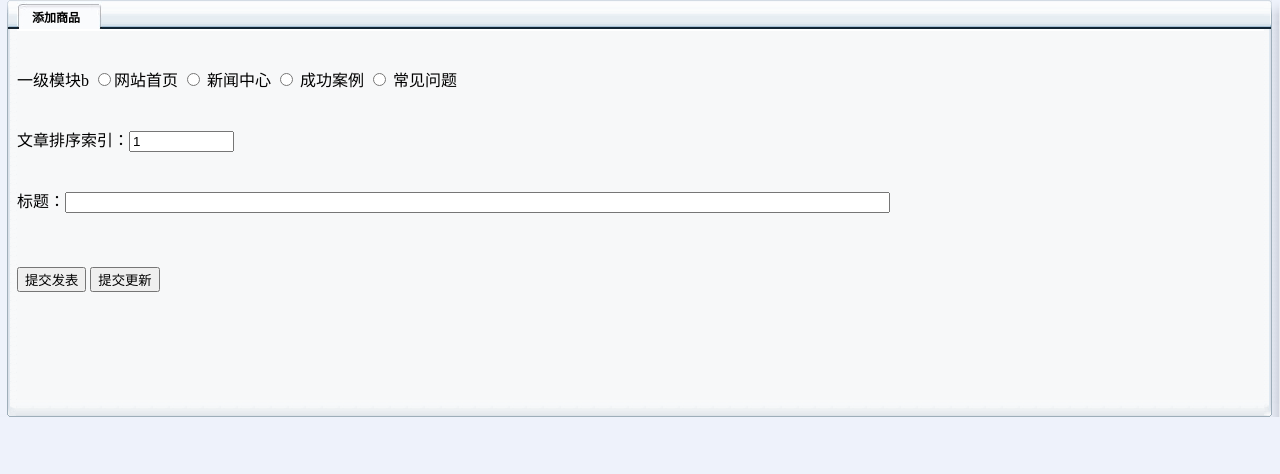
Repository: wzhcxw/shop
Page: ShopOnline/WebContent/admin/editor.html
The author's editor kept a copy of each file at every save. The page is drawn from the files as they stood at one save, then again after the next save.
The browser window is 1280 px wide. The pictures show the whole page.

Above is the page before, as saved 2014-09-25 02:23:57.

### ShopOnline/WebContent/admin/editor.html
<link href="../admin/images/skin.css" rel="stylesheet" type="text/css" />
<meta http-equiv="Content-Type" content="text/html; charset=UTF-8" />
<head>
	<script src="../admin/js/ckeditor.js"></script>
	<script  src="../js/jquery-1.7.2.min.js"></script>
	<script  src="../js/jsbase64.js"></script>
	<script  src = "../js/json.js"></script>


	<script>
		var editor, html = '';
		function createEditor() {
			if ( editor ){
				return;
			}

			var config = {};
			editor = CKEDITOR.appendTo( 'editor', config, html );
			pase();
		}

		var editor11 = CKEDITOR.instances.editor;

		function postss(){
			var seconduiid = $("input[name='seconduiid']:checked").val();

			var uiid = $("input[name='whichpage']:checked").val();
	        var titleValue =document.getElementById("title").value;
	        var sortvalue =	document.getElementById("sort").value;
	        var base64 = new Base64();
	        var srccontent = base64.encode(editor.getData());
	        srccontent = srccontent.replace('+', '_');
	        srccontent = srccontent.replace('/', '-');

			var jsonStr = {seconduiid:seconduiid,sort:sortvalue,uiid:uiid,title:titleValue,content:srccontent};
			jsonStr = JSON.stringify(jsonStr);

			var  urll = "";
			if(document.getElementById("button").style.display == 'block'){
				urll = "./news/addnews.do";

			}else{

				urll = "./news/updatanews.do";
			}

		    $.post(urll,jsonStr,
		    function(data){
		      if(data.flag == "0"){
		      	alert(data.message);
		      	document.getElementById("button").style.display="block";
				document.getElementById("buttongengxin").style.display="none";

		      }

		    });

		}

		function urlpser(url){
			url = decodeURIComponent(url);

			var index = url.indexOf("?");
			if(index > 0){
				var jsonstr = url.substr(index+1);

				var news = JSON.parse(jsonstr);
				if(news.title!== null && news.title!=""){
					init(news);


				}
				document.getElementById("button").style.display="none";
				document.getElementById("buttongengxin").style.display="block";
			}
			else{
				document.getElementById("button").style.display="block";
				document.getElementById("buttongengxin").style.display="none";

			}



		}
		function init(news){
			var jsonStr = {seconduiid:"d",sort:"d",uiid:"d",title:news.title,content:"d"};
			jsonStr = JSON.stringify(jsonStr);
			$.post("./news/getnewsbytitle.do",jsonStr,
		    function(data){
		      if(data.flag == "0"){
			        var array = JSON.parse(data.datas);
					if(array.length > 0){

						document.getElementById("title").value = array[0].title;
						document.getElementById("sort").value = array[0].sort;
				        var base64 = new Base64();
				        var srccontent = array[0].content;

				        srccontent = srccontent.replace('_', '+');
	        			srccontent = srccontent.replace('-', '/');
	        			var srccontent = base64.decode(srccontent);

	        			editor.setData( srccontent );
					}
		      }

		    });


		}


		function pase(){
			urlpser(this.location.href);
		}

		function writeSecondMod(obj){
		if(obj.value == 'home')
   			document.getElementById("secondmod").innerHTML = '<body id = "secondemodd">二级模块：<input type="radio" name="seconduiid" value="newss" />新闻中心<input type="radio" name="seconduiid" value="sucessexamples" />成功案例</body>';
		else
			document.getElementById('secondmod').innerHTML = "";
		}
	</script>
</head>
<style type="text/css">
<!--
body {
margin-left: 0px;
margin-top: 0px;
margin-right: 0px;
margin-bottom: 0px;
background-color: #EEF2FB;
}
-->
</style>
<body>
<table width="100%" border="0" cellpadding="0" cellspacing="0">
<tr>
<td width="17" valign="top" background="../admin/images/mail_leftbg.gif"><img src="../admin/images/left-top-right.gif" width="17" height="29" /></td>
<td valign="top" background="../admin/images/content-bg.gif"><table width="100%" height="31" border="0" cellpadding="0" cellspacing="0" class="left_topbg" id="table2">
<tr>
<td height="31"><div class="titlebt">添加商品</div></td>
</tr>
</table></td>
<td width="16" valign="top" background="../admin/images/mail_rightbg.gif"><img src="../admin/images/nav-right-bg.gif" width="16" height="29" /></td>
</tr>


<tr>
<td valign="middle" background="../admin/images/mail_leftbg.gif">&nbsp;</td>
<td valign="top" bgcolor="#F7F8F9">&nbsp;


 	<br>
	<br>
	一级模块b
	<input type="radio" onclick="writeSecondMod(this)" name="whichpage" value="home" />网站首页
	<input type="radio" onclick="writeSecondMod(this)" name="whichpage" value="news" /> 新闻中心
	<input type="radio" onclick="writeSecondMod(this)" name="whichpage" value="sucessexample" /> 成功案例
	<input type="radio" onclick="writeSecondMod(this)" name="whichpage" value="ofquestion" /> 常见问题
	<br/>

	<div id="secondmod"> </div>
		<br/>
		文章排序索引：<input id="sort" value="1" size="10" type="text"><br>
	<br>
	<br/>
		标题：<input id="title"  size="100" type="text"><br>
	<br>
	<br>
		<div id="editor">
		</div><br>
	<!-- This div will hold the editor. -->

		<button size="20" type=hidden onclick="postss()" id="button">提交发表</button>
		<button size="20" type=hidden onclick="postss()" id="buttongengxin">提交更新</button>
	<br>
	<br>
	<br>
	<br/>
	<br/>
	<br/>
	<br>
	<h1></h1>






</td>
<td background="../admin/images/mail_rightbg.gif">&nbsp;


</td>
</tr>
<tr>
<td valign="bottom" background="../admin/images/mail_leftbg.gif"><img src="../admin/images/buttom_left2.gif" width="17" height="17" /></td>
<td background="../admin/images/buttom_bgs.gif"><img src="../admin/images/buttom_bgs.gif" width="17" height="17"></td>
<td valign="bottom" background="../admin/images/mail_rightbg.gif"><img src="../admin/images/buttom_right2.gif" width="16" height="17" /></td>
</tr>
</table>
</body>

### ShopOnline/WebContent/js/jsbase64.js
/**
 * base64 de   en,
 */

function Base64() {

    // private property
    _keyStr = "ABCDEFGHIJKLMNOPQRSTUVWXYZabcdefghijklmnopqrstuvwxyz0123456789+/=";

    // public method for encoding
    this.encode = function (input) {
        var output = "";
        var chr1, chr2, chr3, enc1, enc2, enc3, enc4;
        var i = 0;
        input = _utf8_encode(input);
        while (i < input.length) {
            chr1 = input.charCodeAt(i++);
            chr2 = input.charCodeAt(i++);
            chr3 = input.charCodeAt(i++);
            enc1 = chr1 >> 2;
            enc2 = ((chr1 & 3) << 4) | (chr2 >> 4);
            enc3 = ((chr2 & 15) << 2) | (chr3 >> 6);
            enc4 = chr3 & 63;
            if (isNaN(chr2)) {
                enc3 = enc4 = 64;
            } else if (isNaN(chr3)) {
                enc4 = 64;
            }
            output = output +
            _keyStr.charAt(enc1) + _keyStr.charAt(enc2) +
            _keyStr.charAt(enc3) + _keyStr.charAt(enc4);
        }

        return output;
    }

    // public method for decoding
    this.decode = function (input) {
        var output = "";
        var chr1, chr2, chr3;
        var enc1, enc2, enc3, enc4;
        var i = 0;
        input = input.replace(/[^A-Za-z0-9\+\/\=]/g, "");
        while (i < input.length) {
            enc1 = _keyStr.indexOf(input.charAt(i++));
            enc2 = _keyStr.indexOf(input.charAt(i++));
            enc3 = _keyStr.indexOf(input.charAt(i++));
            enc4 = _keyStr.indexOf(input.charAt(i++));
            chr1 = (enc1 << 2) | (enc2 >> 4);
            chr2 = ((enc2 & 15) << 4) | (enc3 >> 2);
            chr3 = ((enc3 & 3) << 6) | enc4;
            output = output + String.fromCharCode(chr1);
            if (enc3 != 64) {
                output = output + String.fromCharCode(chr2);
            }
            if (enc4 != 64) {
                output = output + String.fromCharCode(chr3);
            }
        }
        output = _utf8_decode(output);
        return output;
    }

    // private method for UTF-8 encoding
    _utf8_encode = function (string) {
        string = string.replace(/\r\n/g,"\n");
        var utftext = "";
        for (var n = 0; n < string.length; n++) {
            var c = string.charCodeAt(n);
            if (c < 128) {
                utftext += String.fromCharCode(c);
            } else if((c > 127) && (c < 2048)) {
                utftext += String.fromCharCode((c >> 6) | 192);
                utftext += String.fromCharCode((c & 63) | 128);
            } else {
                utftext += String.fromCharCode((c >> 12) | 224);
                utftext += String.fromCharCode(((c >> 6) & 63) | 128);
                utftext += String.fromCharCode((c & 63) | 128);
            }

        }
        return utftext;
    }

    // private method for UTF-8 decoding
    _utf8_decode = function (utftext) {
        var string = "";
        var i = 0;
        var c = c1 = c2 = 0;
        while ( i < utftext.length ) {
            c = utftext.charCodeAt(i);
            if (c < 128) {
                string += String.fromCharCode(c);
                i++;
            } else if((c > 191) && (c < 224)) {
                c2 = utftext.charCodeAt(i+1);
                string += String.fromCharCode(((c & 31) << 6) | (c2 & 63));
                i += 2;
            } else {
                c2 = utftext.charCodeAt(i+1);
                c3 = utftext.charCodeAt(i+2);
                string += String.fromCharCode(((c & 15) << 12) | ((c2 & 63) << 6) | (c3 & 63));
                i += 3;
            }
        }
        return string;
    }
}

### ShopOnline/WebContent/js/json.js
/**
 *
 */

/*
    json2.js
    2014-02-04

    Public Domain.

    NO WARRANTY EXPRESSED OR IMPLIED. USE AT YOUR OWN RISK.

    See http://www.JSON.org/js.html


    This code should be minified before deployment.
    See http://javascript.crockford.com/jsmin.html

    USE YOUR OWN COPY. IT IS EXTREMELY UNWISE TO LOAD CODE FROM SERVERS YOU DO
    NOT CONTROL.


    This file creates a global JSON object containing two methods: stringify
    and parse.

        JSON.stringify(value, replacer, space)
            value       any JavaScript value, usually an object or array.

            replacer    an optional parameter that determines how object
                        values are stringified for objects. It can be a
                        function or an array of strings.

            space       an optional parameter that specifies the indentation
                        of nested structures. If it is omitted, the text will
                        be packed without extra whitespace. If it is a number,
                        it will specify the number of spaces to indent at each
                        level. If it is a string (such as '\t' or '&nbsp;'),
                        it contains the characters used to indent at each level.

            This method produces a JSON text from a JavaScript value.

            When an object value is found, if the object contains a toJSON
            method, its toJSON method will be called and the result will be
            stringified. A toJSON method does not serialize: it returns the
            value represented by the name/value pair that should be serialized,
            or undefined if nothing should be serialized. The toJSON method
            will be passed the key associated with the value, and this will be
            bound to the value

            For example, this would serialize Dates as ISO strings.

                Date.prototype.toJSON = function (key) {
                    function f(n) {
                        // Format integers to have at least two digits.
                        return n < 10 ? '0' + n : n;
                    }

                    return this.getUTCFullYear()   + '-' +
                         f(this.getUTCMonth() + 1) + '-' +
                         f(this.getUTCDate())      + 'T' +
                         f(this.getUTCHours())     + ':' +
                         f(this.getUTCMinutes())   + ':' +
                         f(this.getUTCSeconds())   + 'Z';
                };

            You can provide an optional replacer method. It will be passed the
            key and value of each member, with this bound to the containing
            object. The value that is returned from your method will be
            serialized. If your method returns undefined, then the member will
            be excluded from the serialization.

            If the replacer parameter is an array of strings, then it will be
            used to select the members to be serialized. It filters the results
            such that only members with keys listed in the replacer array are
            stringified.

            Values that do not have JSON representations, such as undefined or
            functions, will not be serialized. Such values in objects will be
            dropped; in arrays they will be replaced with null. You can use
            a replacer function to replace those with JSON values.
            JSON.stringify(undefined) returns undefined.

            The optional space parameter produces a stringification of the
            value that is filled with line breaks and indentation to make it
            easier to read.

            If the space parameter is a non-empty string, then that string will
            be used for indentation. If the space parameter is a number, then
            the indentation will be that many spaces.

            Example:

            text = JSON.stringify(['e', {pluribus: 'unum'}]);
            // text is '["e",{"pluribus":"unum"}]'


            text = JSON.stringify(['e', {pluribus: 'unum'}], null, '\t');
            // text is '[\n\t"e",\n\t{\n\t\t"pluribus": "unum"\n\t}\n]'

            text = JSON.stringify([new Date()], function (key, value) {
                return this[key] instanceof Date ?
                    'Date(' + this[key] + ')' : value;
            });
            // text is '["Date(---current time---)"]'


        JSON.parse(text, reviver)
            This method parses a JSON text to produce an object or array.
            It can throw a SyntaxError exception.

            The optional reviver parameter is a function that can filter and
            transform the results. It receives each of the keys and values,
            and its return value is used instead of the original value.
            If it returns what it received, then the structure is not modified.
            If it returns undefined then the member is deleted.

            Example:

            // Parse the text. Values that look like ISO date strings will
            // be converted to Date objects.

            myData = JSON.parse(text, function (key, value) {
                var a;
                if (typeof value === 'string') {
                    a =
/^(\d{4})-(\d{2})-(\d{2})T(\d{2}):(\d{2}):(\d{2}(?:\.\d*)?)Z$/.exec(value);
                    if (a) {
                        return new Date(Date.UTC(+a[1], +a[2] - 1, +a[3], +a[4],
                            +a[5], +a[6]));
                    }
                }
                return value;
            });

            myData = JSON.parse('["Date(09/09/2001)"]', function (key, value) {
                var d;
                if (typeof value === 'string' &&
                        value.slice(0, 5) === 'Date(' &&
                        value.slice(-1) === ')') {
                    d = new Date(value.slice(5, -1));
                    if (d) {
                        return d;
                    }
                }
                return value;
            });


    This is a reference implementation. You are free to copy, modify, or
    redistribute.
*/

/*jslint evil: true, regexp: true */

/*members "", "\b", "\t", "\n", "\f", "\r", "\"", JSON, "\\", apply,
    call, charCodeAt, getUTCDate, getUTCFullYear, getUTCHours,
    getUTCMinutes, getUTCMonth, getUTCSeconds, hasOwnProperty, join,
    lastIndex, length, parse, prototype, push, replace, slice, stringify,
    test, toJSON, toString, valueOf
*/


// Create a JSON object only if one does not already exist. We create the
// methods in a closure to avoid creating global variables.

if (typeof JSON !== 'object') {
    JSON = {};
}

(function () {
    'use strict';

    function f(n) {
        // Format integers to have at least two digits.
        return n < 10 ? '0' + n : n;
    }

    if (typeof Date.prototype.toJSON !== 'function') {

        Date.prototype.toJSON = function () {

            return isFinite(this.valueOf())
                ? this.getUTCFullYear()     + '-' +
                    f(this.getUTCMonth() + 1) + '-' +
                    f(this.getUTCDate())      + 'T' +
                    f(this.getUTCHours())     + ':' +
                    f(this.getUTCMinutes())   + ':' +
                    f(this.getUTCSeconds())   + 'Z'
                : null;
        };

        String.prototype.toJSON      =
            Number.prototype.toJSON  =
            Boolean.prototype.toJSON = function () {
                return this.valueOf();
            };
    }

    var cx,
        escapable,
        gap,
        indent,
        meta,
        rep;


    function quote(string) {

// If the string contains no control characters, no quote characters, and no
// backslash characters, then we can safely slap some quotes around it.
// Otherwise we must also replace the offending characters with safe escape
// sequences.

        escapable.lastIndex = 0;
        return escapable.test(string) ? '"' + string.replace(escapable, function (a) {
            var c = meta[a];
            return typeof c === 'string'
                ? c
                : '\\u' + ('0000' + a.charCodeAt(0).toString(16)).slice(-4);
        }) + '"' : '"' + string + '"';
    }


    function str(key, holder) {

// Produce a string from holder[key].

        var i,          // The loop counter.
            k,          // The member key.
            v,          // The member value.
            length,
            mind = gap,
            partial,
            value = holder[key];

// If the value has a toJSON method, call it to obtain a replacement value.

        if (value && typeof value === 'object' &&
                typeof value.toJSON === 'function') {
            value = value.toJSON(key);
        }

// If we were called with a replacer function, then call the replacer to
// obtain a replacement value.

        if (typeof rep === 'function') {
            value = rep.call(holder, key, value);
        }

// What happens next depends on the value's type.

        switch (typeof value) {
        case 'string':
            return quote(value);

        case 'number':

// JSON numbers must be finite. Encode non-finite numbers as null.

            return isFinite(value) ? String(value) : 'null';

        case 'boolean':
        case 'null':

// If the value is a boolean or null, convert it to a string. Note:
// typeof null does not produce 'null'. The case is included here in
// the remote chance that this gets fixed someday.

            return String(value);

// If the type is 'object', we might be dealing with an object or an array or
// null.

        case 'object':

// Due to a specification blunder in ECMAScript, typeof null is 'object',
// so watch out for that case.

            if (!value) {
                return 'null';
            }

// Make an array to hold the partial results of stringifying this object value.

            gap += indent;
            partial = [];

// Is the value an array?

            if (Object.prototype.toString.apply(value) === '[object Array]') {

// The value is an array. Stringify every element. Use null as a placeholder
// for non-JSON values.

                length = value.length;
                for (i = 0; i < length; i += 1) {
                    partial[i] = str(i, value) || 'null';
                }

// Join all of the elements together, separated with commas, and wrap them in
// brackets.

                v = partial.length === 0
                    ? '[]'
                    : gap
                    ? '[\n' + gap + partial.join(',\n' + gap) + '\n' + mind + ']'
                    : '[' + partial.join(',') + ']';
                gap = mind;
                return v;
            }

// If the replacer is an array, use it to select the members to be stringified.

            if (rep && typeof rep === 'object') {
                length = rep.length;
                for (i = 0; i < length; i += 1) {
                    if (typeof rep[i] === 'string') {
                        k = rep[i];
                        v = str(k, value);
                        if (v) {
                            partial.push(quote(k) + (gap ? ': ' : ':') + v);
                        }
                    }
                }
            } else {

// Otherwise, iterate through all of the keys in the object.

                for (k in value) {
                    if (Object.prototype.hasOwnProperty.call(value, k)) {
                        v = str(k, value);
                        if (v) {
                            partial.push(quote(k) + (gap ? ': ' : ':') + v);
                        }
                    }
                }
            }

// Join all of the member texts together, separated with commas,
// and wrap them in braces.

            v = partial.length === 0
                ? '{}'
                : gap
                ? '{\n' + gap + partial.join(',\n' + gap) + '\n' + mind + '}'
                : '{' + partial.join(',') + '}';
            gap = mind;
            return v;
        }
    }

// If the JSON object does not yet have a stringify method, give it one.

    if (typeof JSON.stringify !== 'function') {
        escapable = /[\\\"\x00-\x1f\x7f-\x9f\u00ad\u0600-\u0604\u070f\u17b4\u17b5\u200c-\u200f\u2028-\u202f\u2060-\u206f\ufeff\ufff0-\uffff]/g;
        meta = {    // table of character substitutions
            '\b': '\\b',
            '\t': '\\t',
            '\n': '\\n',
            '\f': '\\f',
            '\r': '\\r',
            '"' : '\\"',
            '\\': '\\\\'
        };
        JSON.stringify = function (value, replacer, space) {

// The stringify method takes a value and an optional replacer, and an optional
// space parameter, and returns a JSON text. The replacer can be a function
// that can replace values, or an array of strings that will select the keys.
// A default replacer method can be provided. Use of the space parameter can
// produce text that is more easily readable.

            var i;
            gap = '';
            indent = '';

// If the space parameter is a number, make an indent string containing that
// many spaces.

            if (typeof space === 'number') {
                for (i = 0; i < space; i += 1) {
                    indent += ' ';
                }

// If the space parameter is a string, it will be used as the indent string.

            } else if (typeof space === 'string') {
                indent = space;
            }

// If there is a replacer, it must be a function or an array.
// Otherwise, throw an error.

            rep = replacer;
            if (replacer && typeof replacer !== 'function' &&
                    (typeof replacer !== 'object' ||
                    typeof replacer.length !== 'number')) {
                throw new Error('JSON.stringify');
            }

// Make a fake root object containing our value under the key of ''.
// Return the result of stringifying the value.

            return str('', {'': value});
        };
    }


// If the JSON object does not yet have a parse method, give it one.

    if (typeof JSON.parse !== 'function') {
        cx = /[\u0000\u00ad\u0600-\u0604\u070f\u17b4\u17b5\u200c-\u200f\u2028-\u202f\u2060-\u206f\ufeff\ufff0-\uffff]/g;
        JSON.parse = function (text, reviver) {

// The parse method takes a text and an optional reviver function, and returns
// a JavaScript value if the text is a valid JSON text.

            var j;

            function walk(holder, key) {

// The walk method is used to recursively walk the resulting structure so
// that modifications can be made.

                var k, v, value = holder[key];
                if (value && typeof value === 'object') {
                    for (k in value) {
                        if (Object.prototype.hasOwnProperty.call(value, k)) {
                            v = walk(value, k);
                            if (v !== undefined) {
                                value[k] = v;
                            } else {
                                delete value[k];
                            }
                        }
                    }
                }
                return reviver.call(holder, key, value);
            }


// Parsing happens in four stages. In the first stage, we replace certain
// Unicode characters with escape sequences. JavaScript handles many characters
// incorrectly, either silently deleting them, or treating them as line endings.

            text = String(text);
            cx.lastIndex = 0;
            if (cx.test(text)) {
                text = text.replace(cx, function (a) {
                    return '\\u' +
                        ('0000' + a.charCodeAt(0).toString(16)).slice(-4);
                });
            }

// In the second stage, we run the text against regular expressions that look
// for non-JSON patterns. We are especially concerned with '()' and 'new'
// because they can cause invocation, and '=' because it can cause mutation.
// But just to be safe, we want to reject all unexpected forms.

// We split the second stage into 4 regexp operations in order to work around
// crippling inefficiencies in IE's and Safari's regexp engines. First we
// replace the JSON backslash pairs with '@' (a non-JSON character). Second, we
// replace all simple value tokens with ']' characters. Third, we delete all
// open brackets that follow a colon or comma or that begin the text. Finally,
// we look to see that the remaining characters are only whitespace or ']' or
// ',' or ':' or '{' or '}'. If that is so, then the text is safe for eval.

            if (/^[\],:{}\s]*$/
                    .test(text.replace(/\\(?:["\\\/bfnrt]|u[0-9a-fA-F]{4})/g, '@')
                        .replace(/"[^"\\\n\r]*"|true|false|null|-?\d+(?:\.\d*)?(?:[eE][+\-]?\d+)?/g, ']')
                        .replace(/(?:^|:|,)(?:\s*\[)+/g, ''))) {

// In the third stage we use the eval function to compile the text into a
// JavaScript structure. The '{' operator is subject to a syntactic ambiguity
// in JavaScript: it can begin a block or an object literal. We wrap the text
// in parens to eliminate the ambiguity.

                j = eval('(' + text + ')');

// In the optional fourth stage, we recursively walk the new structure, passing
// each name/value pair to a reviver function for possible transformation.

                return typeof reviver === 'function'
                    ? walk({'': j}, '')
                    : j;
            }

// If the text is not JSON parseable, then a SyntaxError is thrown.

            throw new SyntaxError('JSON.parse');
        };
    }
}());

Loaded but not shown: ShopOnline/WebContent/admin/images/skin.css (common file); ShopOnline/WebContent/admin/js/ckeditor.js (library); ShopOnline/WebContent/js/jquery-1.7.2.min.js (library); ShopOnline/WebContent/admin/js/config.js (common file)

After the next save:
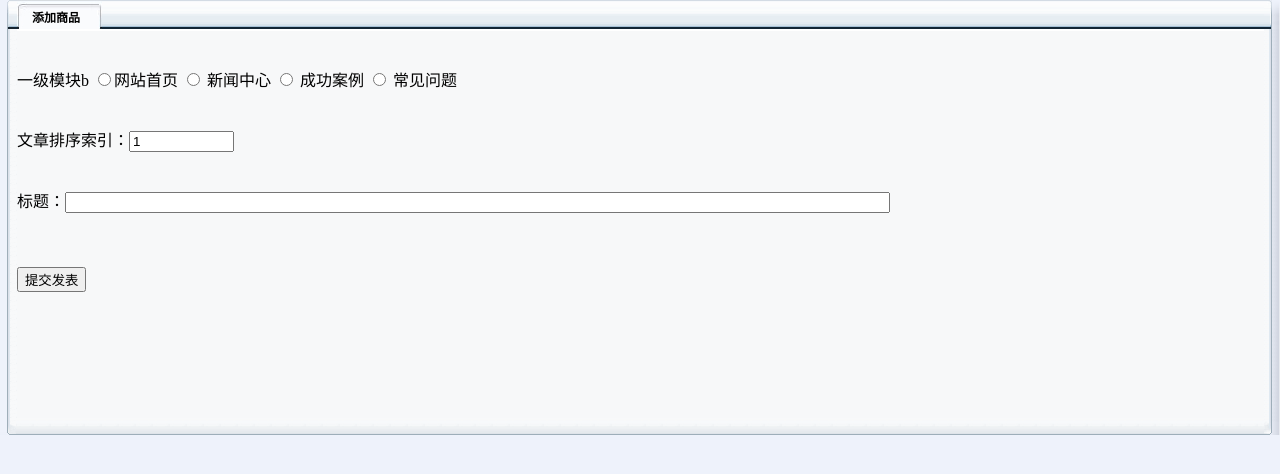
Saved 2 min 0 s later.
--- a/ShopOnline/WebContent/admin/editor.html
+++ b/ShopOnline/WebContent/admin/editor.html
@@ -150,7 +150,7 @@ background-color: #EEF2FB;
 <td valign="middle" background="../admin/images/mail_leftbg.gif">&nbsp;</td>
 <td valign="top" bgcolor="#F7F8F9">&nbsp;
 
-
+<body bgcolor="#F7F8F9" id= mainbody onload ="createEditor()" >
  	<br>
 	<br>
 	一级模块b
@@ -182,7 +182,7 @@ background-color: #EEF2FB;
 	<br/>
 	<br>
 	<h1></h1>
-
+</body>
 
 
 
